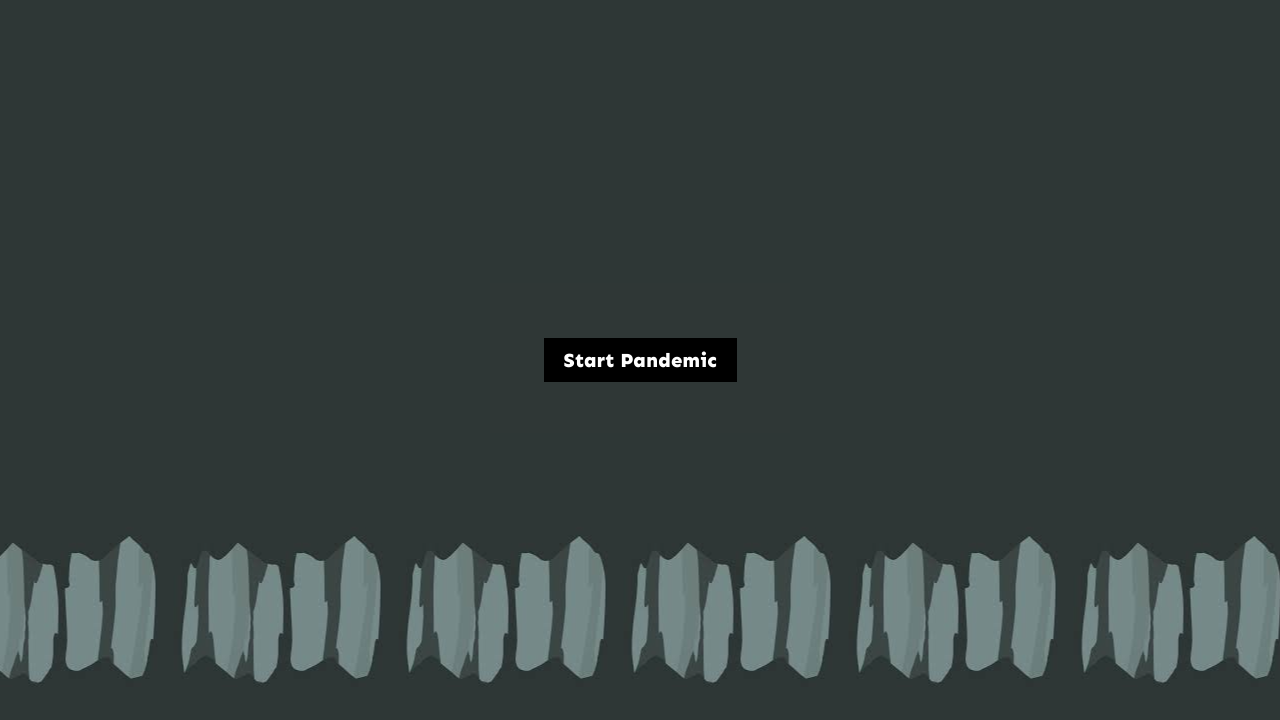
Repository: mindfoo/project-game
Page: index.html
These files come from the project's save history. The page is drawn as it stood at one moment and after a run of saves; the edit follows.
The browser window is 1280 px wide. The pictures show the whole page.

Above is the page before, as saved 2020-03-25 20:48:38.

### index.html
<!DOCTYPE html>
<html lang="en">
  <head>
    <meta charset="UTF-8" />
    <meta name="viewport" content="width=device-width;
    initial-scale=1; maximum-scale=1; user-scalable=0;"/>
    <meta http-equiv="X-UA-Compatible" content="ie=edge" />
    <link rel="stylesheet" href="styles/style.css" />
    <title>Project | Flappy Corona</title>
  </head>
  <body>
    <button class="start" id="start-button">Start Pandemic</button>

    <div id="game-board">
      <canvas id="canvas"></canvas>
    </div>

    <script type="text/javascript" src="js/obstacles.js"></script>
    <script type="text/javascript" src="js/player.js"></script>
    <script type="text/javascript" src="js/background.js"></script>
    <script type="text/javascript" src="js/game.js"></script>
    <script type="text/javascript" src="js/script.js"></script>
  </body>
</html>

### styles/style.css
@import url('https://fonts.googleapis.com/css2?family=Sen:wght@400;700;800&display=swap');


html, body {
  overflow: hidden;
  margin: 0;
  padding: 0;
  background: #2e3736 url(../images/cave.jpeg) repeat-x bottom;
  width: 100vw;
  height: 100vh;
  position: relative;
  display: flex;
  text-align: center;
  align-items: center;
  justify-content: center;
}

canvas{
  z-index: 1;
  background: #2f3736;
  z-index: 1;
}

body > * {
  font-family: 'Sen', sans-serif;
  font-weight: 800;
}

body h1 {
  font-size: 30px;
  text-transform: uppercase;
}

body button {
  font-size: 20px;
  background-color: black;
  color: #fff;
  padding: 10px 20px;
  border: 0;
  position: absolute;
  z-index: 90000;
  margin: 30px auto;
}

### js/obstacles.js
class ObstaclePipes {
    constructor(game) {
      this.game = game;
      this.ctx = game.ctx;

      this.x = this.game.width;
      this.y = Math.floor(Math.random() * this.game.height);

      //if (this.y < 20) this.x += 20;
      //if (this.x > this.game.width - 20) this.x -= 30;
      this.height = 2177/5;
      this.width = 1587/5;

      this.speed = 3;

      this.position = [];

      this.image = new Image();
      this.image.src = "./images/virus-sprite.png";
      this.image.src = "./images/virus-sprite.png";
    }
    drawObstacle() {
      this.ctx.drawImage(this.image, this.x, this.y, this.width, this.height);
    }
    update() {
      this.x -= this.speed;
    }
  }

### js/player.js
class Player {
  constructor(game) {
    this.game = game;
    this.ctx = game.ctx;
    this.x = 20;
    this.y = this.game.height / 2;
    this.width = 40;
    this.height = 35;

    this.speedY = 0;
    this.gravity = 0.05;
    this.gravitySpeed = 0;

    this.image = new Image();
    this.image.src = "./images/flappy.png";
  }
  // only draws the player
  drawPlayer() {
    this.ctx.drawImage(this.image, this.x, this.y, this.width, this.height);
    //console.log(this.speedY , this.speedX);
  }

  update() {
    this.y += this.speedY;

    if (this.y < 0) {
      this.speedY = 1;
      this.y = 0;
    }
    if (this.y >= this.game.height - this.height) {
      this.speedY = 0;
    }
  }

  setControls() {

    window.addEventListener("keydown", event => {
      /*
      if (event.keyCode === 38) {
        this.speedY = -1;
      }
      if (event.keyCode === 40) {
        this.speedY = 1;
      }
      if (event.keyCode === 37) {
        this.speedX = -1;
      }
      if (event.keyCode === 39) {
        this.speedX = 1;
      }
      */
      if (event.keyCode === 32) {
        event.preventDefault();
        //console.log("pressed");

        this.speedY = -1;
        this.gravity = -.2;
        this.update();
      }
    });

    window.addEventListener("keyup", event => {
      if (event.keyCode === 32) {
        event.preventDefault();
        this.speedY *= -1;
      }
    });

  }

  // sets gravity on the position????
  newPos() {
    this.gravitySpeed += this.gravity;
    this.y += this.speedY - this.gravitySpeed;
  }
}

### js/background.js
class infiniteBackground {
    constructor(game){
        this.game = game;
        this.ctx = game.ctx;

        this.x = 0;
        this.y = 0;
        this.width = 255;//900
        this.height = 255;//504
        this.scrollSpeed = 1;

        this.image = new Image();

        this.image.src = "./images/cave.jpeg";

    }
    drawBackground(){
        //console.log("drawing bg" + this.scrollSpeed)
        // draw image 1
        this.ctx.drawImage(this.image, this.x, this.y, this.width, this.height);
        // draw image 2
        this.ctx.drawImage(this.image, this.x + this.game.width, this.y, this.width, this.height);

        // update image height
        this.x -= this.scrollSpeed;
        //console.log(this.x);

        // resetting the images when the first image entirely exits the screen
        if (this.x < -this.game.width) {
            this.x = 0;
            //console.log("this");
        }


    }
}

### js/game.js
class Game {
  constructor(canvas) {
    this.canvas = canvas;
    this.ctx = canvas.getContext("2d");
    //this.width = canvas.width;
    //this.height = canvas.height;
    this.width = window.innerWidth;
    this.height = window.innerHeight;

    this.background = new infiniteBackground(this);
    //this.obstacle = new ObstaclePipes(this);
    this.animationId;

    this.player = new Player(this);
    this.player.setControls();

    this.frame = 0;
    this.obstaclesArray = [];
    this.scoreArray = [];
    //Helper for obstacle creation
    this.frame = 0;

    this.gameStatus = "game";
  }

  start() {
    //console.log("I started the game");
    if (this.gameStatus === "game") {
      this.animation();
    }
  }
  draw() {
    //console.log("I draw the game");
    this.ctx.clearRect(0, 0, this.width, this.height);
    this.background.drawBackground();
    this.player.drawPlayer();

    //Iterate over the obstacles
    for (let obstacle of this.obstaclesArray) {
      obstacle.drawObstacle();
    }
  }


  obstaclesExistence() {
    for (let obstacle of this.obstaclesArray) {
      obstacle.update();

      if (this.checkCollision(this.player, obstacle)) {
        this.gameStatus = "game-over";
      }

      if (obstacle.x < 0) {
        this.obstaclesArray.shift();
        this.scoreArray.push(1);
        console.log(this.scoreArray);
      }
    }
  }


  checkCollision(player, object) {
    if (object) {
      return (
        player.x < object.x + object.width &&
        player.x + player.width > object.x &&
        player.y < object.y + object.height &&
        player.y + player.height > object.y
      );
    }
  }

  gameOver() {
    this.ctx.save();
    this.ctx.fillStyle = 'rgba(255, 165, 0, 0.5)';
    this.ctx.fillRect(0, 0, this.width, this.height);
    this.ctx.fillStyle = '#222222';
    this.ctx.font = "italic small-caps bold 12px Sen";

    this.ctx.fillText(`GAME OVER!`, this.width / 2, this.height - 80);
    this.ctx.fillText(
      `YOU AVOIDED ${this.scoreArray.length} OBSTACLE(S)`,
      this.width / 8,
      100
    );

    this.ctx.restore();
    //this.player.carCrashAudio.play();
  }



  animation() {
    this.draw();
    this.update();
    this.animationId = window.requestAnimationFrame(() => {
      if (this.gameStatus === "game") {
        this.animation();
      }
      if (this.gameStatus === "game-over") {
        window.cancelAnimationFrame(this.animationId);
        this.gameOver();
      }
    });
  }

  update() {
    this.frame++;
    //console.log("I updated");
    this.player.update();
    //Append obstacles being created into array
    if (this.frame % 120 === 0) {
      this.obstaclesArray.push(new ObstaclePipes(this));
    }
    this.obstaclesExistence();
  }
}

### js/script.js
window.onload = function() {
  const canvas = document.querySelector("canvas");
  const game = new Game(canvas);

  document.getElementById("start-button").onclick = function() {
    event.preventDefault();
    game.start();
  };




};

After the next 2 saves:
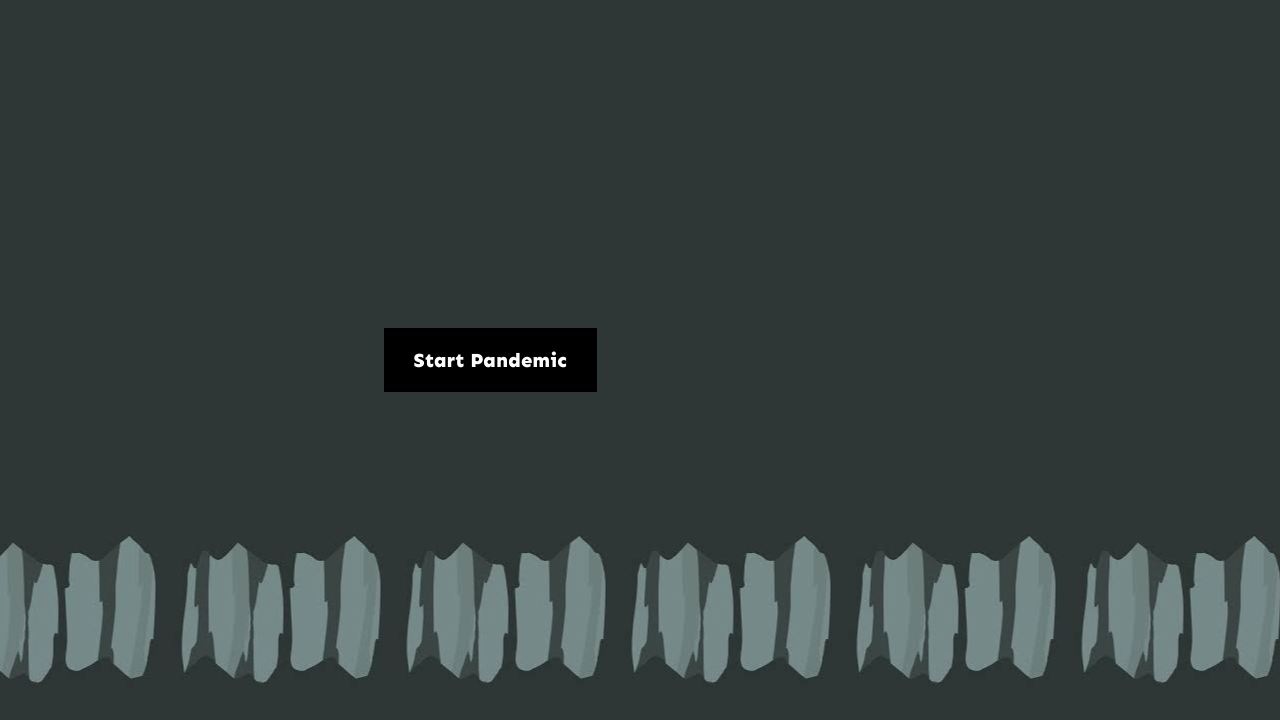
The 2 saves are shown as one change because they came seconds apart.
The last was saved 78 s later.
--- a/styles/style.css
+++ b/styles/style.css
@@ -35,9 +35,7 @@ body button {
   font-size: 20px;
   background-color: black;
   color: #fff;
-  padding: 10px 20px;
+  padding: 20px 30px;
   border: 0;
-  position: absolute;
-  z-index: 90000;
-  margin: 30px auto;
+  margin: 40px;
 }
